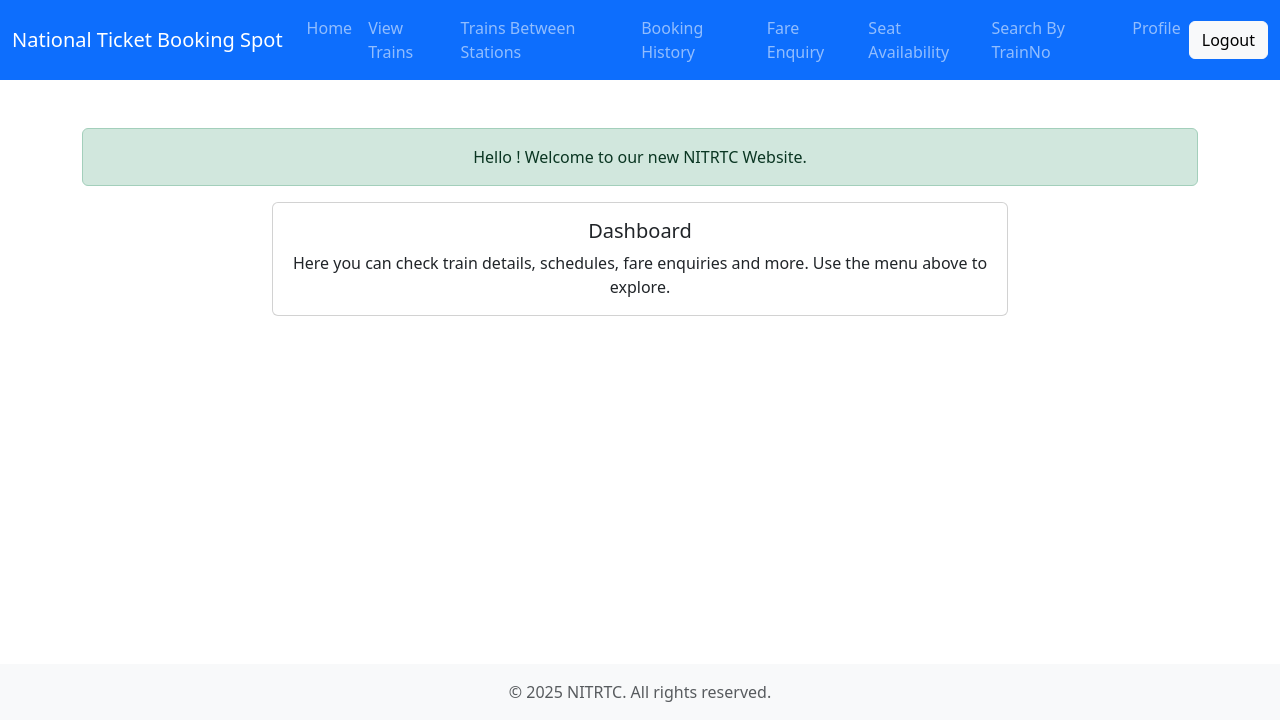
Repository: PrathamSahani/TMS-Sprint2
Page: http://localhost/TMS/UserHome.jsp
An editor plug-in stored every save of this project. The page is shown before and after the next save, followed by the edit.
The browser window is 1280 px wide. The pictures show the whole page.
The page is served by Tomcat 10. Other server files are loaded and not shown.

Above is the page before, as saved 2025-04-25 16:59:43.

### Update/TMS/src/main/webapp/UserHome.jsp
<%@ page language="java" contentType="text/html; charset=UTF-8" pageEncoding="UTF-8"%>
<!DOCTYPE html>
<html>
<head>
  <meta charset="UTF-8">
  <title>Home - National Ticket Booking Spot</title>
  <link href="https://cdn.jsdelivr.net/npm/bootstrap@5.3.0/dist/css/bootstrap.min.css" rel="stylesheet">
</head>
<body class="d-flex flex-column min-vh-100">
  <!-- Navbar -->
  <nav class="navbar navbar-expand-lg navbar-dark bg-primary">
    <div class="container-fluid">
      <a class="navbar-brand" href="#">National Ticket Booking Spot</a>
      <button class="navbar-toggler" type="button" data-bs-toggle="collapse" data-bs-target="#navbarNav">
        <span class="navbar-toggler-icon"></span>
      </button>
      <div class="collapse navbar-collapse" id="navbarNav">
        <ul class="navbar-nav me-auto mb-2 mb-lg-0">
          <li class="nav-item"><a class="nav-link" href="userhome">Home</a></li>
          <li class="nav-item"><a class="nav-link" href="userviewtrainfwd">View Trains</a></li>
          <li class="nav-item"><a class="nav-link" href="trainbwstnfwd">Trains Between Stations</a></li>
          <li class="nav-item"><a class="nav-link" href="bookingdetails">Booking History</a></li>
          <li class="nav-item"><a class="nav-link" href="fareenqfwd">Fare Enquiry</a></li>
          <li class="nav-item"><a class="nav-link" href="useravailfwd">Seat Availability</a></li>
          <li class="nav-item"><a class="nav-link" href="usersearchtrain">Search By TrainNo</a></li>
          <li class="nav-item"><a class="nav-link" href="userprofile">Profile</a></li>
        </ul>
        <div class="d-flex">
          <a class="btn btn-light" href="userlogout">Logout</a>
        </div>
      </div>
    </div>
  </nav>

  <!-- Main Content -->
  <main class="flex-fill">
    <div class="container my-5">
      <div class="alert alert-success text-center" role="alert">
        Hello <strong>${userName}</strong>! Welcome to our new NITRTC Website.
      </div>
      <div class="row justify-content-center">
        <div class="col-md-8">
          <div class="card mb-4">
            <div class="card-body text-center">
              <h5 class="card-title">Dashboard</h5>
              <p class="card-text">Here you can check train details, schedules, fare enquiries and more. Use the menu above to explore.</p>
            </div>
          </div>
        </div>
      </div>
      <!-- more widgets... -->
    </div>
  </main>

  <!-- Footer -->
  <footer class="bg-light py-3 mt-auto">
    <div class="container text-center">
      <span class="text-muted">&copy; 2025 NITRTC. All rights reserved.</span>
    </div>
  </footer>

  <script src="https://cdn.jsdelivr.net/npm/bootstrap@5.3.0/dist/js/bootstrap.bundle.min.js"></script>
</body>
</html>

After the next save:
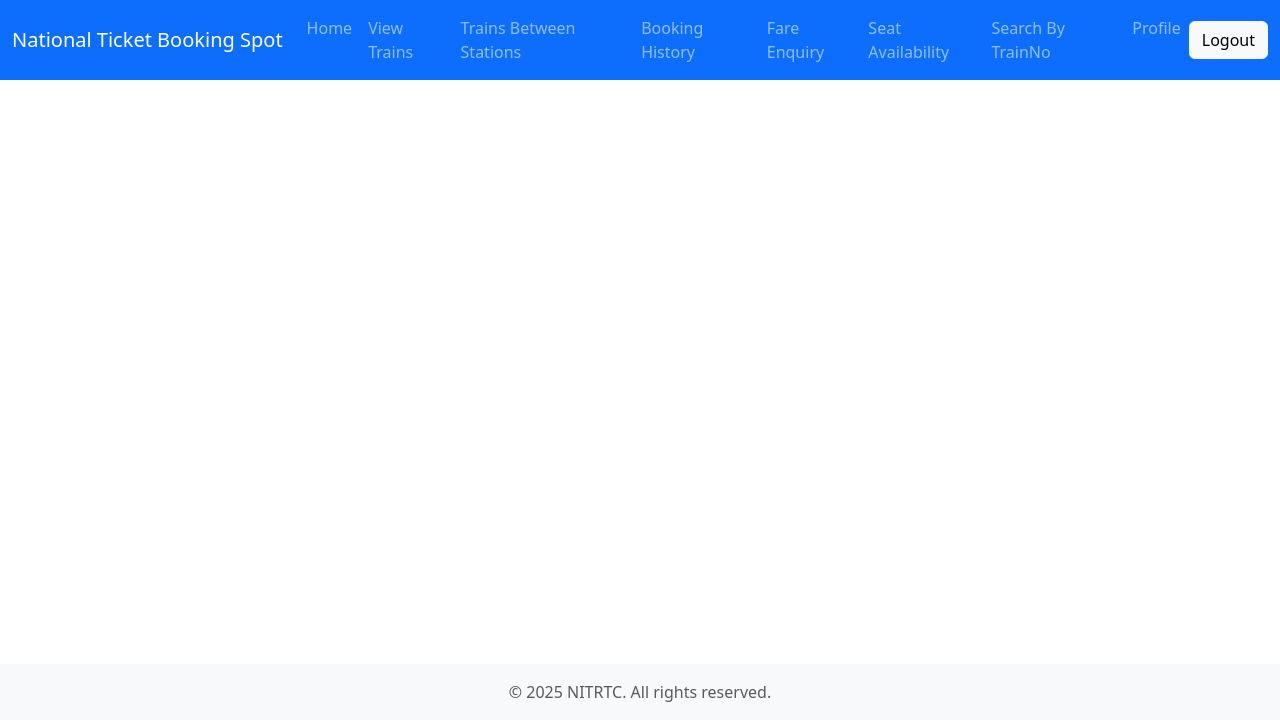
Saved 11 s later.
--- a/Update/TMS/src/main/webapp/UserHome.jsp
+++ b/Update/TMS/src/main/webapp/UserHome.jsp
@@ -32,23 +32,27 @@
     </div>
   </nav>
 
-  <!-- Main Content -->
   <main class="flex-fill">
     <div class="container my-5">
-      <div class="alert alert-success text-center" role="alert">
-        Hello <strong>${userName}</strong>! Welcome to our new NITRTC Website.
-      </div>
-      <div class="row justify-content-center">
-        <div class="col-md-8">
-          <div class="card mb-4">
-            <div class="card-body text-center">
-              <h5 class="card-title">Dashboard</h5>
-              <p class="card-text">Here you can check train details, schedules, fare enquiries and more. Use the menu above to explore.</p>
+      <%-- only show dashboard when served at /userhome --%>
+      <% if ("/userhome".equals(request.getServletPath())) { %>
+        <div class="alert alert-success text-center" role="alert">
+          Hello <strong>${userName}</strong>! Welcome to our new NITRTC Website.
+        </div>
+        <div class="row justify-content-center">
+          <div class="col-md-8">
+            <div class="card mb-4">
+              <div class="card-body text-center">
+                <h5 class="card-title">Dashboard</h5>
+                <p class="card-text">
+                  Here you can check train details, schedules, fare enquiries and more.
+                  Use the menu above to explore.
+                </p>
+              </div>
             </div>
           </div>
         </div>
-      </div>
-      <!-- more widgets... -->
+      <% } %>
     </div>
   </main>
 
